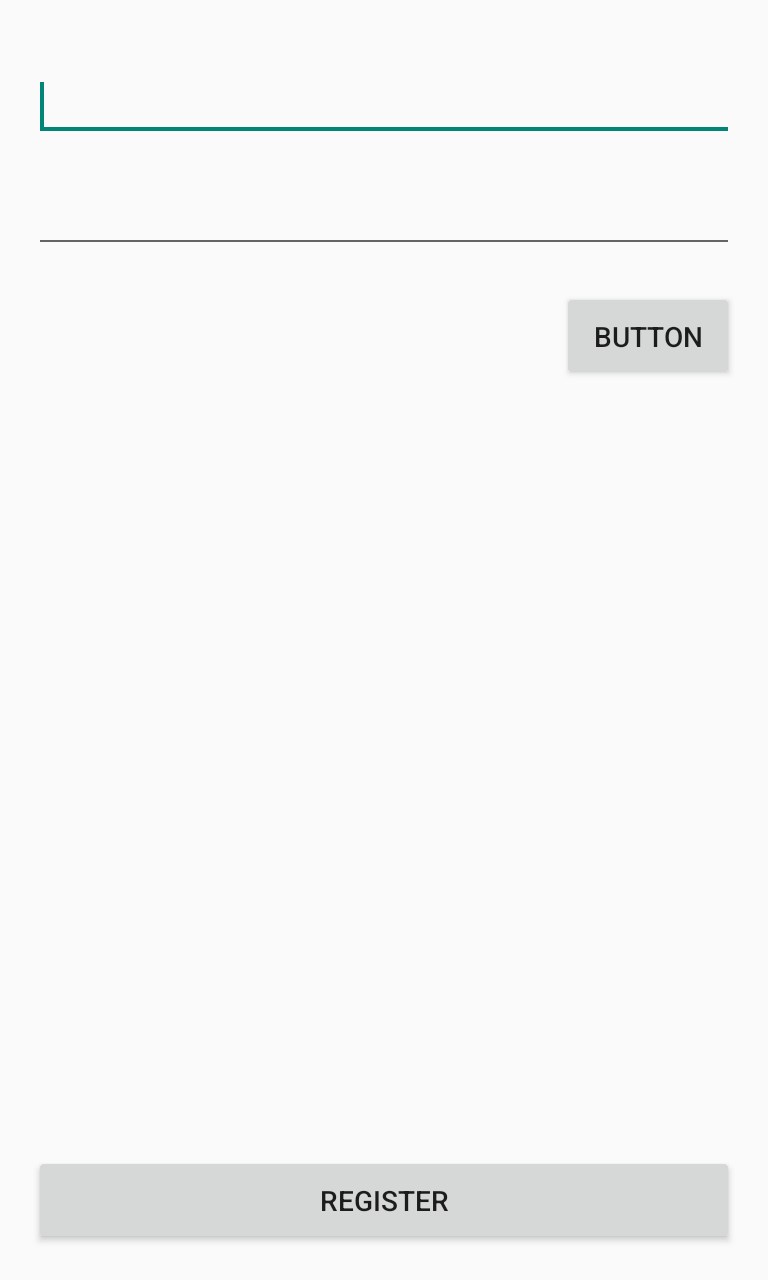
Repository: HarithaAmmuHari/Database
Layout: RegisterUsingSP/res/layout/activity_login.xml
The author's editor kept a copy of each file at every save. The layout is drawn from the files as they stood at one save, then again after the next save.
It is drawn on a 768 x 1280 px phone screen (xhdpi) without system bars, with theme AppTheme; the app's code is not run.

Above is the layout before, as saved 2015-05-12 05:31:32.

After the next save:
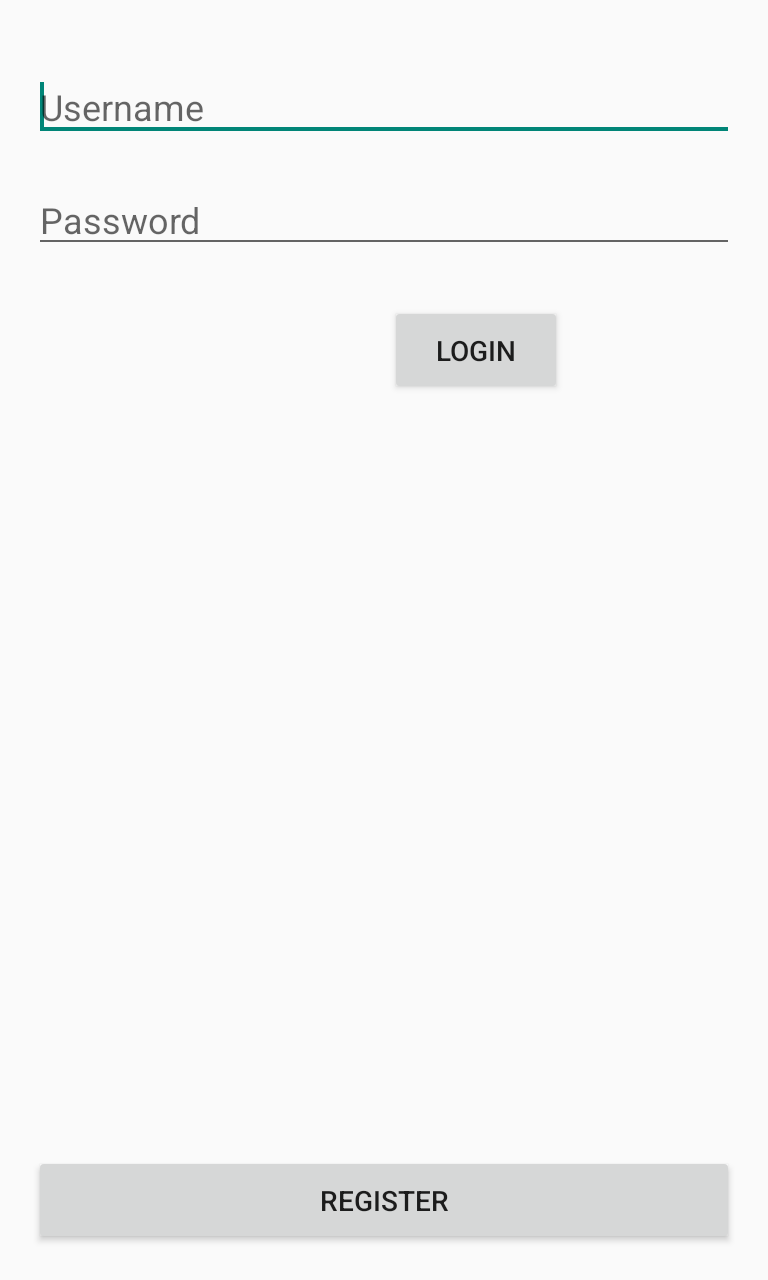
Saved 4 min 55 s later.
--- a/RegisterUsingSP/res/layout/activity_login.xml
+++ b/RegisterUsingSP/res/layout/activity_login.xml
@@ -14,7 +14,8 @@
         android:layout_height="wrap_content"
         android:layout_alignParentTop="true"
         android:layout_marginTop="15dp"
-        android:ems="10" >
+        android:ems="10"
+        android:hint="Username" >
 
         <requestFocus />
     </EditText>
@@ -26,17 +27,8 @@
         android:layout_below="@+id/editText1"
         android:layout_marginTop="15dp"
         android:ems="10"
+        android:hint="Password"
         android:inputType="textPassword" />
-
-    <Button
-        android:id="@+id/button1"
-        android:layout_width="wrap_content"
-        android:layout_height="wrap_content"
-        android:layout_alignParentRight="true"
-        android:layout_below="@+id/editText2"
-        android:layout_marginTop="15dp"
-        android:onClick="loginTrial"
-        android:text="Button" />
 
     <Button
         android:id="@+id/button2"
@@ -46,4 +38,15 @@
         android:onClick="showRegisterActivity"
         android:text="Register" />
 
+    <Button
+        android:id="@+id/button1"
+        android:layout_width="wrap_content"
+        android:layout_height="wrap_content"
+        android:layout_alignRight="@+id/editText2"
+        android:layout_below="@+id/editText2"
+        android:layout_marginRight="86dp"
+        android:layout_marginTop="22dp"
+        android:onClick="loginTrial"
+        android:text="Login" />
+
 </RelativeLayout>
